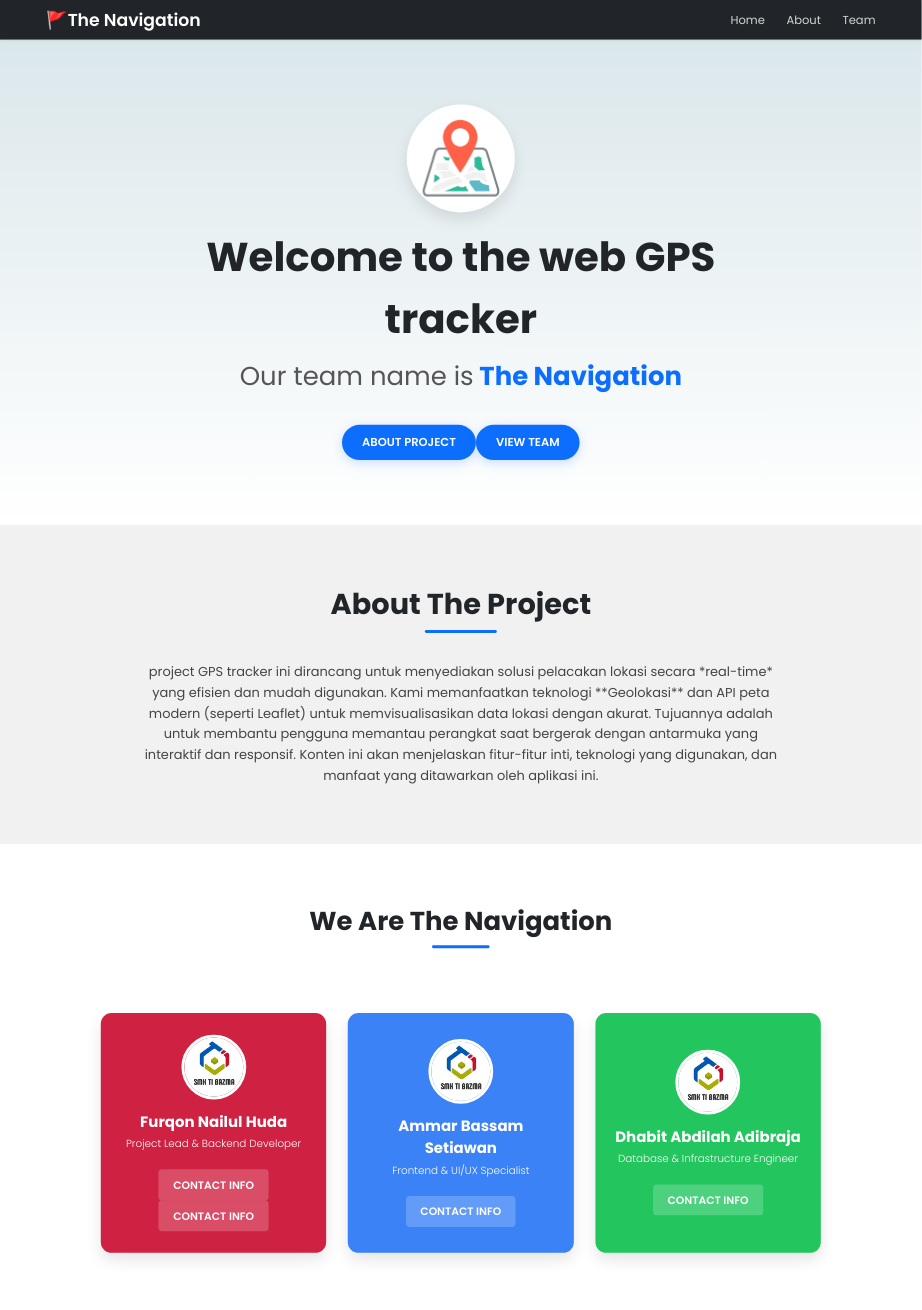
Repository: ammarsetiawan/gps-traker
Page: about.html
The author's editor kept a copy of each file at every save. The page is drawn from the files as they stood at one save, then again after a run of saves.
The browser window is 1280 px wide. The pictures show the whole page, at 72% of full size.

Above is the page before, as saved 2025-11-27 16:48:10.

### about.html
<!DOCTYPE html>
<html lang="en">

<head>
    <meta charset="UTF-8">
    <meta name="viewport" content="width=device-width, initial-scale=1.0">
    <title>GPS Tracking - The Navigation</title>
    <link rel="stylesheet" href="https://unpkg.com/leaflet/dist/leaflet.css" />
    <link href="https://fonts.googleapis.com/css2?family=Poppins:wght@300;400;600;700&display=swap" rel="stylesheet">

    <style>
        :root {
            --primary-color: #0d6efd;
            --secondary-color: #0b5ed7;
            --dark-color: #212529;
            --light-color: #ffffff;
            --background-light: #f1f1f1;
            --red-card: #cf2141;
            --blue-card: #3b82f6;
            --green-card: #22c55e;
            --font-family: 'Poppins', sans-serif;
        }

        /* 🔄 Global Reset & Body */
        * {
            margin: 0;
            padding: 0;
            box-sizing: border-box;
            scroll-behavior: smooth;
        }

        body {
            font-family: var(--font-family);
            background: var(--light-color);
            padding-top: 55px;
            scroll-padding-top: 55px;
            transition: all 0.3s ease;
        }

        /* 🚀 NAVBAR */
        nav {
            background-color: var(--dark-color);
            height: 55px;
            display: flex;
            align-items: center;
            padding: 0 5%;
            position: fixed;
            width: 100%;
            top: 0;
            box-shadow: 0 2px 4px rgba(0, 0, 0, 0.1);
            z-index: 1000;
        }

        nav .brand {
            font-size: 24px;
            font-weight: 600;
            color: var(--light-color);
        }

        nav ul {
            list-style: none;
            display: flex;
            gap: 30px;
            margin-left: auto;
        }

        nav ul li a {
            text-decoration: none;
            color: rgba(255, 255, 255, 0.8);
            font-size: 16px;
            font-weight: 400;
            transition: 0.3s ease;
            position: relative;
            padding-bottom: 5px;
        }

        nav ul li a:hover {
            color: var(--light-color);
        }

        nav ul li a::after {
            content: '';
            position: absolute;
            width: 0;
            height: 2px;
            display: block;
            margin-top: 5px;
            right: 0;
            background: var(--primary-color);
            transition: width 0.3s ease;
        }

        nav ul li a:hover::after {
            width: 100%;
            left: 0;
            right: auto;
        }

        /* 🏠 Hero Section */
        .background {
            background: linear-gradient(to bottom, rgba(73, 136, 155, 0.2), rgba(92, 92, 88, 0));
            min-height: calc(100vh - 55px);
            padding: 50px 0;
            position: relative;
        }

        .container {
            height: 100%;
            display: flex;
            justify-content: center;
            align-items: center;
            padding: 0 5%;
        }

        .sub-container {
            padding: 40px 20px;
            text-align: center;
            max-width: 800px;
            margin: 0 auto;
        }

        .card-icons {
            width: 150px;
            height: 150px;
            display: flex;
            justify-content: center;
            align-items: center;
            margin: 0 auto 20px auto;
            border-radius: 50%;
            background: var(--light-color);
            box-shadow: 0 10px 20px rgba(0, 0, 0, 0.1);
            overflow: hidden;
        }

        .card-icons img {
            max-width: 80%;
            max-height: 80%;
            object-fit: contain;
        }

        .font-home {
            font-size: clamp(30px, 5vw, 56px);
            font-weight: 700;
            display: block;
            margin-bottom: 10px;
            color: var(--dark-color);
        }

        .font {
            display: flex;
            justify-content: center;
            align-items: center;
            font-size: clamp(20px, 3vw, 36px);
            font-weight: 400;
            color: #555;
            margin-bottom: 40px;
        }

        .font span {
            color: var(--primary-color);
            font-weight: 700;
            margin-left: 8px;
        }

        .button-group {
            display: flex;
            justify-content: center;

        }

        /* Tombol Utama */
        .btn-custom {
            gap: 20px;
            display: inline-block;
            background-color: var(--primary-color);
            color: var(--light-color);
            padding: 12px 28px;
            border: none;
            border-radius: 50px;
            font-size: 16px;
            cursor: pointer;
            font-weight: 600;
            box-shadow: 0 4px 15px rgba(0, 110, 255, 0.2);
            transition: all 0.3s ease;
            text-decoration: none;
            text-transform: uppercase;
        }

        .btn-custom:hover {
            background-color: var(--secondary-color);
            transform: translateY(-3px);
            box-shadow: 0 8px 20px rgba(0, 110, 255, 0.3)
        }

        .btn-custom:active {
            background-color: #0a58ca;
            transform: translateY(0);
        }

        /* 📖 About Section */
        .background-page2 {
            background-color: var(--background-light);
            padding: 80px 5%;
            min-height: 400px;
        }

        .about-content {
            text-align: center;
            max-width: 900px;
            margin: 0 auto;
        }

        .about-project {
            font-size: clamp(30px, 4vw, 40px);
            font-weight: 700;
            color: var(--dark-color);
            position: relative;
            display: inline-block;
            margin-bottom: 20px;
        }

        .about-project::after {
            content: '';
            position: absolute;
            bottom: -10px;
            left: 50%;
            transform: translateX(-50%);
            width: 100px;
            height: 4px;
            background-color: var(--primary-color);
            border-radius: 2px;
        }

        .text-about {
            margin-top: 30px;
            font-size: 18px;
            line-height: 1.6;
            color: #444;
            min-height: 100px;
        }


        .background-page3 {
            padding: 80px 5%;

            min-height: 500px;
            text-align: center;
        }

        .team {
            font-size: clamp(28px, 3.5vw, 36px);
            font-weight: 700;
            position: relative;
            display: inline-block;
            margin-bottom: 20px;
            color: var(--dark-color);
        }

        .team::after {
            content: '';
            position: absolute;
            bottom: -10px;
            left: 50%;
            transform: translateX(-50%);
            width: 80px;
            height: 4px;
            background-color: var(--primary-color);
            border-radius: 2px;
        }



        .cards {
            position: relative;
            top: 50px;
            display: grid;
            grid-template-columns: repeat(auto-fit, minmax(280px, 1fr));
            gap: 30px;
            max-width: 1000px;
            margin: 0 auto;
            padding-bottom: 50px;
        }

        .cards .card {
            display: flex;
            align-items: center;
            justify-content: center;
            flex-direction: column;
            text-align: center;
            padding: 30px 20px;
            min-height: 280px;
            border-radius: 15px;
            color: var(--light-color);
            cursor: pointer;
            transition: all 0.4s ease;
            box-shadow: 0 10px 20px rgba(0, 0, 0, 0.1);
            position: relative;
        }

        /* Definisi Warna Kartu */
        .cards .red {
            background-color: var(--red-card);
        }

        .cards .blue {
            background-color: var(--blue-card);
        }

        .cards .green {
            background-color: var(--green-card);
        }


        .cards .card img {
            width: 90px;
            height: 90px;
            border-radius: 50%;
            margin-bottom: 15px;
            object-fit: cover;
            border: 4px solid var(--light-color);
        }

        .cards .card .tip {
            font-size: 1.3em;
            font-weight: 700;
            margin-bottom: 5px;
        }

        .cards .card .second-text {
            font-size: .9em;
            font-weight: 300;
            margin-bottom: 25px;

        }

        .cards .card .btn-custom {
            padding: 10px 20px;
            font-size: 15px;
            background-color: rgba(255, 255, 255, 0.2);
            box-shadow: none;
            border-radius: 5px;
        }

        .cards .card .btn-custom:hover {
            background-color: rgba(255, 255, 255, 0.4);
            transform: none;
            /* Nonaktifkan efek lift untuk tombol di dalam card */
        }

        /* Efek Hover untuk Kartu */
        .cards .card:hover {
            transform: translateY(-10px);
            /* Efek lift-up */
            box-shadow: 0 15px 30px rgba(0, 0, 0, 0.2);
        }

        /* Efek blur pada kartu lain saat hover */
        .cards:hover>.card:not(:hover) {
            filter: blur(2px) grayscale(50%);
            opacity: 0.8;
            transform: none;
        }

        /* Navbar Menu Button (Hanya terlihat di mobile) */
        #menuBtn {
            margin-left: auto;
            background: transparent;
            border: none;
            padding: 5px;
            cursor: pointer;
            display: none;

        }

        #menuBtn div {
            width: 25px;
            height: 3px;
            background-color: var(--light-color);
            margin: 4px 0;
            transition: 0.3s;
            border-radius: 2px;
        }

        /* 📱 MEDIA QUERY: Mobile/Tablet */
        @media (max-width: 768px) {
            .btn-custom {
                margin-bottom: 20px;
            }

            nav {
                padding: 0 3%;
            }

            nav ul {
                position: fixed;
                top: 55px;
                right: 0;
                background: var(--dark-color);
                width: 200px;
                flex-direction: column;
                padding: 15px;
                display: none;
                border-bottom-left-radius: 10px;
                z-index: 999;
                box-shadow: -2px 2px 5px rgba(0, 0, 0, 0.2);
                transform: translateX(100%);
                transition: transform 0.3s ease-out;
            }

            nav ul.show {
                display: flex;
                transform: translateX(0);
            }

            nav ul li a {
                padding: 10px 0;
                display: block;
                border-bottom: 1px solid rgba(255, 255, 255, 0.1);
            }

            #menuBtn {
                display: block;
            }

            .button-group {
                flex-direction: column;
                gap: 15px;
            }

            .btn-custom {
                width: 80%;
                margin: 0 auto;
            }

            /* Perbaikan fokus di mobile */
            .background-page3 {
                padding: 60px 3%;

            }

            .cards {
                grid-template-columns: 1fr;

                top: 30px;
            }
        }
    </style>
</head>

<body>

    <nav>
        <h2 class="brand">🚩The Navigation</h2>

        <button id="menuBtn">
            <div></div>
            <div></div>
            <div></div>
        </button>

        <ul id="menu">
            <li><a href="./index.html">Home</a></li>
            <li><a href="#about-section">About</a></li>
            <li><a href="#view-team">Team</a></li>
        </ul>
    </nav>

    <section class="background">
        <div class="container">
            <div class="sub-container">
                <div class="card-icons">


                    <img src="./png-clipart-gps-navigation-device-gps-tracking-unit-vehicle-tracking-system-icon-green-map-red-location-mark-map-logo-electronics-text-thumbnail-removebg-preview.png"
                        alt="">

                </div>

                <h2 class="font-home">Welcome to the web GPS tracker</h2>
                <div class="font">
                    Our team name is
                    <span class="font-arch">The Navigation</span>
                </div>

                <div class="button-group">
                    <a href="#about-section" class="btn-custom">
                        About Project
                    </a>
                    <a href="#view-team" class="btn-custom">
                        View Team
                    </a>
                </div>
            </div>
        </div>
        <footer>
        </footer>
    </section>

    <section class="background-page2" id="about-section">
        <div class="about-content">
            <h2 class="about-project">About The Project</h2>
            <p class="text-about">
                project GPS tracker ini dirancang untuk menyediakan solusi pelacakan lokasi secara *real-time* yang
                efisien dan mudah digunakan. Kami memanfaatkan teknologi **Geolokasi** dan API peta modern (seperti
                Leaflet) untuk memvisualisasikan data lokasi dengan akurat. Tujuannya adalah untuk membantu pengguna
                memantau perangkat saat bergerak dengan antarmuka yang interaktif dan responsif. Konten ini akan
                menjelaskan fitur-fitur inti, teknologi yang digunakan, dan manfaat yang ditawarkan oleh aplikasi ini.
            </p>
        </div>
    </section>

    <section class="background-page3" id="view-team">
        <div style="text-align: center; padding-bottom: 30px;">
            <h2 class="team">We Are The Navigation</h2>
        </div>

        <div class="cards">
            <div class="card red">
                <img src="data:[embedded picture, 6755 characters]"
                    alt="Furqon Nailul Huda Avatar">
                <p class="tip">Furqon Nailul Huda</p>
                <p class="second-text">Project Lead & Backend Developer</p>
                <div class="button-">

                    <a href="#" class="btn-custom">Contact Info</a>
                    <a href="#" class="btn-custom">Contact Info</a>
                </div>
            </div>
            <div class="card blue">
                <img src="data:[embedded picture, 6755 characters]"
                    alt="Ammar Bassam Setiawan Avatar">
                <p class="tip">Ammar Bassam Setiawan</p>
                <p class="second-text">Frontend & UI/UX Specialist</p>
                <a href="#" class="btn-custom">Contact Info</a>
            </div>
            <div class="card green">
                <img src="data:[embedded picture, 6755 characters]"
                    alt="Dhabit Abdilah Adibraja Avatar">
                <p class="tip">Dhabit Abdilah Adibraja</p>
                <p class="second-text">Database & Infrastructure Engineer</p>
                <a href="#" class="btn-custom">Contact Info</a>
            </div>
        </div>
    </section>


    <div id="content"></div>
    <script>
        const btn = document.getElementById("menuBtn");
        const menu = document.getElementById("menu");

        btn.addEventListener("click", () => {
            // Menggunakan class 'show' untuk menampilkan/menyembunyikan menu
            menu.classList.toggle('show');
        });

        // Menutup menu saat link di klik (khusus mobile)
        document.querySelectorAll('#menu a').forEach(link => {
            link.addEventListener('click', () => {
                // Hanya tutup jika tampilan adalah mobile (misalnya, jika menu ditampilkan sebagai dropdown)
                if (window.innerWidth <= 768) {
                    menu.classList.remove('show');
                }
            });
        });
    </script>

</body>

</html>

After the next 3 saves:
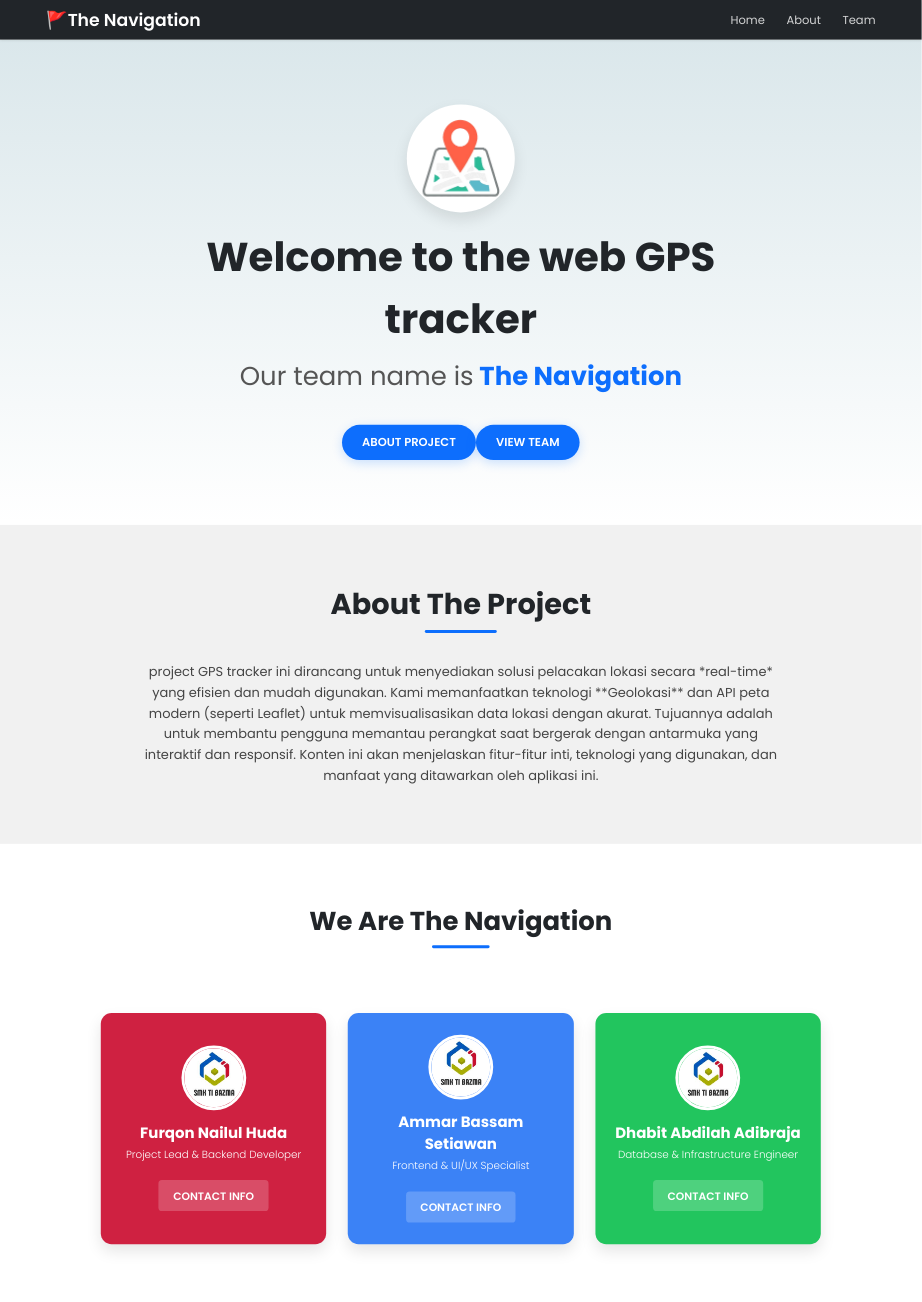
The 3 saves are shown as one change because they came seconds apart.
The last was saved 21 s later.
--- a/about.html
+++ b/about.html
@@ -520,11 +520,9 @@
                     alt="Furqon Nailul Huda Avatar">
                 <p class="tip">Furqon Nailul Huda</p>
                 <p class="second-text">Project Lead & Backend Developer</p>
-                <div class="button-">
-
-                    <a href="#" class="btn-custom">Contact Info</a>
-                    <a href="#" class="btn-custom">Contact Info</a>
-                </div>
+
+                <a href="#" class="btn-custom">Contact Info</a>
+
             </div>
             <div class="card blue">
                 <img src="data:[embedded picture, 6755 characters]"

After the 2 saves that followed:
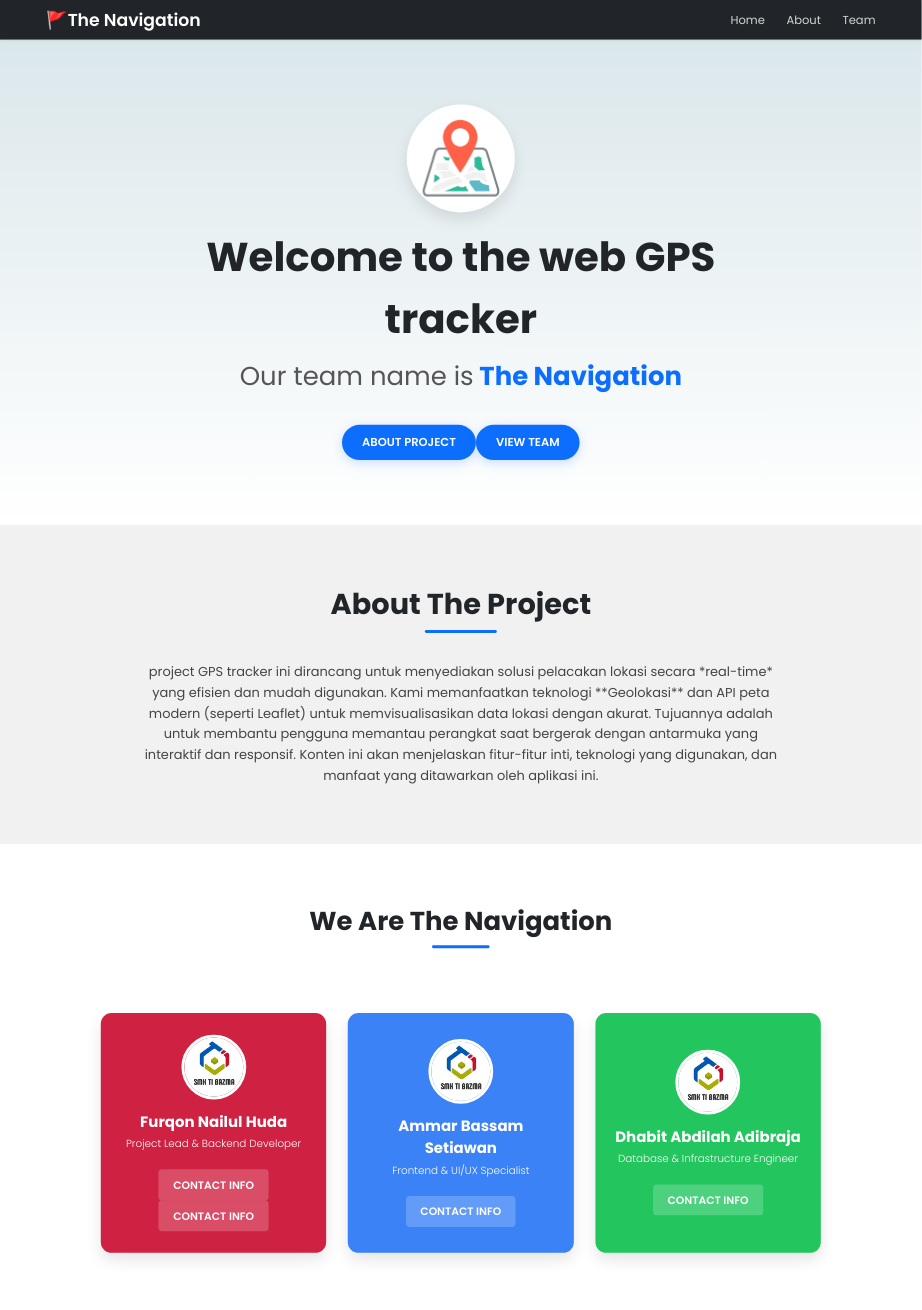
The 2 saves are shown as one change because they came seconds apart.
The last was saved 9 s later.
--- a/about.html
+++ b/about.html
@@ -522,7 +522,7 @@
                 <p class="second-text">Project Lead & Backend Developer</p>
 
                 <a href="#" class="btn-custom">Contact Info</a>
-
+                <a href="#" class="btn-custom">Contact Info</a>
             </div>
             <div class="card blue">
                 <img src="data:[embedded picture, 6755 characters]"
